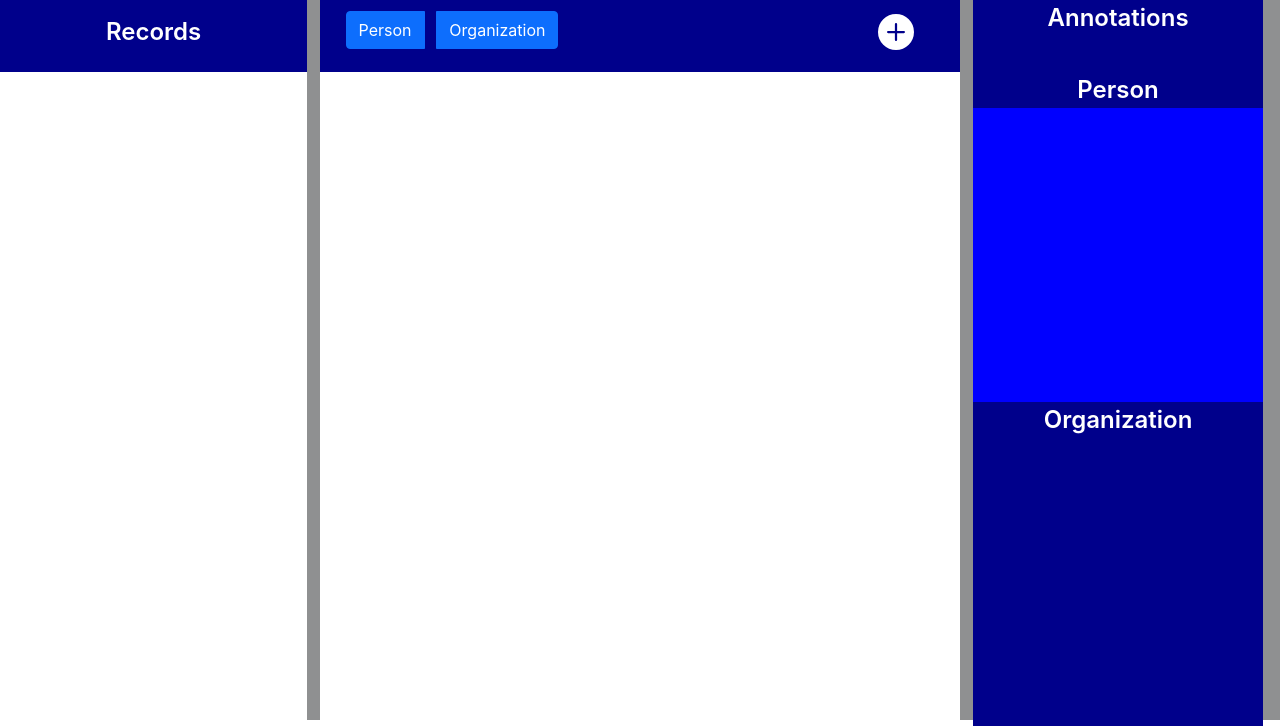
Repository: napan24/classforma_assignment
Page: / (app in client/)
The author's editor kept a copy of each file at every save. The page is drawn from the files as they stood at one save, then again after the next save.
The browser window is 1280 px wide. The pictures show the whole page.
The project was rebuilt for these pictures with package versions that can differ from the ones it lists, and the page was loaded fresh each time. Also part of the build but not shown: client/src/App.css.

Above is the page before, as saved 2022-07-20 15:44:09.

### client/public/index.html
<!DOCTYPE html>
<html lang="en">
  <head>
    <meta charset="utf-8" />
    <link rel="icon" href="%PUBLIC_URL%/favicon.ico" />
    <meta name="viewport" content="width=device-width, initial-scale=1" />
    <meta name="theme-color" content="#000000" />
    <meta
      name="description"
      content="Web site created using create-react-app"
    />
    <link href="https://cdn.jsdelivr.net/npm/bootstrap@5.1.3/dist/css/bootstrap.min.css" rel="stylesheet" integrity="sha384-1BmE4kWBq78iYhFldvKuhfTAU6auU8tT94WrHftjDbrCEXSU1oBoqyl2QvZ6jIW3" crossorigin="anonymous">
    <link rel="apple-touch-icon" href="%PUBLIC_URL%/logo192.png" />
    <!--
      manifest.json provides metadata used when your web app is installed on a
      user's mobile device or desktop. See https://developers.google.com/web/fundamentals/web-app-manifest/
    -->
    <link rel="manifest" href="%PUBLIC_URL%/manifest.json" />
    <!--
      Notice the use of %PUBLIC_URL% in the tags above.
      It will be replaced with the URL of the `public` folder during the build.
      Only files inside the `public` folder can be referenced from the HTML.

      Unlike "/favicon.ico" or "favicon.ico", "%PUBLIC_URL%/favicon.ico" will
      work correctly both with client-side routing and a non-root public URL.
      Learn how to configure a non-root public URL by running `npm run build`.
    -->
    <title>React App</title>
  </head>
  <body>
    <noscript>You need to enable JavaScript to run this app.</noscript>
    <div id="root"></div>
    <!--
      This HTML file is a template.
      If you open it directly in the browser, you will see an empty page.

      You can add webfonts, meta tags, or analytics to this file.
      The build step will place the bundled scripts into the <body> tag.

      To begin the development, run `npm start` or `yarn start`.
      To create a production bundle, use `npm run build` or `yarn build`.
    -->
    <script src="https://cdn.jsdelivr.net/npm/bootstrap@5.1.3/dist/js/bootstrap.bundle.min.js" integrity="sha384-ka7Sk0Gln4gmtz2MlQnikT1wXgYsOg+OMhuP+IlRH9sENBO0LRn5q+8nbTov4+1p" crossorigin="anonymous"></script>
  </body>
</html>

### client/src/App.js
import logo from './logo.svg';
import './App.css';
import Home from './Home';

function App() {
  return (
    <>
      <Home></Home>
    </>
  );
}

export default App;

### client/src/Home.js
'strict origin'
import React, { useState, useEffect } from 'react'
const Home = () => {
    const [textField, setTextField] = useState();
    const [person, setPerson] = useState();
    const [place, setPlace] = useState();
    const [personName, setPersonName] = useState(['']);
    const [placeName, setPlaceName] = useState(['']);
    useEffect(() => {
        if (textField) {
            trending();
        }
    }, [textField])
    const trending = async () => {
        const res = await fetch("/", {
            method: 'POST',
            headers: {
                "Content-Type": "application/json"
            },
            body: JSON.stringify({ textField })
        });
        const result = await res.json();
        setPerson(result.filter((arr) => arr.type == 'Person'));
        setPlace(result.filter((arr) => arr.type == 'Place'));
    };
    useEffect(() => {
        if (person) {
            person.forEach(function (arrayItem) {
                setPersonName(curr => [...curr, arrayItem.entityId]);
            });
        }
    }, [person])
    useEffect(() => {
        setPlaceName(['']);
        if (place) {
            place.forEach(function (arrayItem) {
                setPlaceName(curr => [...curr, arrayItem.entityId]);
            });
        }
    }, [place])
    const showFile = async (e) => {
        e.preventDefault()
        const reader = new FileReader()
        reader.onload = async (e) => {
            const text = (e.target.result)
            setTextField(text);
        };
        reader.readAsText(e.target.files[0])
    }
    return (
        <>
            <div style={{ display: 'flex', width: "100vw", height: "100vh", backgroundColor: "#8f9091" }}>
                <div style={{ width: "24vw", height: "100vh", backgroundColor: "white", marginRight: "1vw" }}>
                    <div style={{ width: "24vw", height: "10vh", backgroundColor: "#00008b", textAlign: 'center', fontSize: '150%', color: "white", fontWeight: "600", position: "fixed" }}>
                        <p style={{ marginTop: "2vh" }}>
                            Records
                        </p>
                    </div>
                    <div>

                    </div>
                </div>
                <div style={{ width: "50vw", height: "100vh", backgroundColor: "white", marginRight: "1vw", overflowY: "unset" }}>
                    <div style={{ width: "50vw", height: "10vh", backgroundColor: "#00008b", position: 'relative', overflowY: 'hidden' }}>
                        <div class="btn-group" style={{ marginTop: "1.5vh", marginLeft: "2vw" }}>
                            <button type="button" class="btn btn-primary" style={{ marginRight: "1vw" }}>Person</button>
                            <button type="button" class="btn btn-primary">Organization</button>
                        </div>
                        <label for="file">
                            <svg style={{ width: "20%", height: "50%", position: "absolute", right: "0", top: "2vh", color: "white" }} xmlns="http://www.w3.org/2000/svg" fill="currentColor" class="bi bi-plus-circle-fill" viewBox="0 0 16 16">
                                <path d="M16 8A8 8 0 1 1 0 8a8 8 0 0 1 16 0zM8.5 4.5a.5.5 0 0 0-1 0v3h-3a.5.5 0 0 0 0 1h3v3a.5.5 0 0 0 1 0v-3h3a.5.5 0 0 0 0-1h-3v-3z" />
                            </svg>
                        </label>
                        <input type="file" id="file" onChange={(e) => showFile(e)} style={{ display: "none" }} />
                    </div>
                    <div style={{ width: "48vw", height: "85vh", marginLeft: "2vw", marginTop: "5vh", overflowY: "scroll" }}>
                        {textField}
                    </div>
                </div>
                <div style={{ width: "22.7vw", height: "100vh", backgroundColor: "blue" }}>
                    <div style={{ width: "22.7vw", height: "10vh", backgroundColor: "#00008b", textAlign: 'center', fontSize: '150%', color: "white", fontWeight: "600" }}>
                        <p>
                            Annotations
                        </p>
                    </div>
                    <div style={{ width: "22.7vw", height: "5vh", backgroundColor: "#00008b", textAlign: 'center', fontSize: '150%', color: "white", fontWeight: "600" }}>
                        <p>
                            Person
                        </p>
                    </div>
                    <div style={{ display:'inline-block',maxWidth: "22.7vw", height: "40vh", backgroundColor: "#00008b", textAlign: 'center', fontSize: '150%', color: "white", fontWeight: "600", zIndex: "2", overflowY: "scroll", overflowX: "hidden" }}>
                        {personName && personName.map((user) => (
                            user.length > 0 && <div style={{ width: "22.7vw", backgroundColor: "black", color: "white", height: "3vh", fontSize: "2vh", position: 'relative', borderBottom: '1px solid white' }}>
                                {user}
                                <svg xmlns="http://www.w3.org/2000/svg" style={{ width: "3.5vw", height: "3.5vh", position: 'absolute', right: "0" }} fill="currentColor" class="bi bi-x" viewBox="0 0 16 16">
                                    <path d="M4.646 4.646a.5.5 0 0 1 .708 0L8 7.293l2.646-2.647a.5.5 0 0 1 .708.708L8.707 8l2.647 2.646a.5.5 0 0 1-.708.708L8 8.707l-2.646 2.647a.5.5 0 0 1-.708-.708L7.293 8 4.646 5.354a.5.5 0 0 1 0-.708z" />
                                </svg>
                            </div>
                        ))}
                    </div>
                    <div style={{ width: "22.7vw", height: "5vh", backgroundColor: "#00008b", textAlign: 'center', fontSize: '150%', color: "white", fontWeight: "600" }}>
                        <p>
                            Organization
                        </p>
                    </div>
                    <div style={{ width: "22.7vw", height: "40vh", backgroundColor: "#00008b", textAlign: 'center', fontSize: '150%', color: "white", fontWeight: "600", overflowY: "scroll" }}>
                        {placeName && placeName.map((user) => (
                            user.length > 0 && <div style={{ width: "22.7vw", backgroundColor: "black", color: "white", height: "3vh", fontSize: "2vh", borderBottom: '1px solid white', overflowX: "hidden" }}>
                                {user}
                                <svg xmlns="http://www.w3.org/2000/svg" style={{ width: "3.5vw", height: "3.5vh", position: 'absolute', right: "0" }} fill="currentColor" class="bi bi-x" viewBox="0 0 16 16">
                                    <path d="M4.646 4.646a.5.5 0 0 1 .708 0L8 7.293l2.646-2.647a.5.5 0 0 1 .708.708L8.707 8l2.647 2.646a.5.5 0 0 1-.708.708L8 8.707l-2.646 2.647a.5.5 0 0 1-.708-.708L7.293 8 4.646 5.354a.5.5 0 0 1 0-.708z" />
                                </svg>
                            </div>
                        ))}
                    </div>
                </div>
            </div>
        </>
    )
}

export default Home

Loaded but not shown: client/src/index.js (common file); client/src/index.css (common file); client/src/reportWebVitals.js (common file)

After the next save:
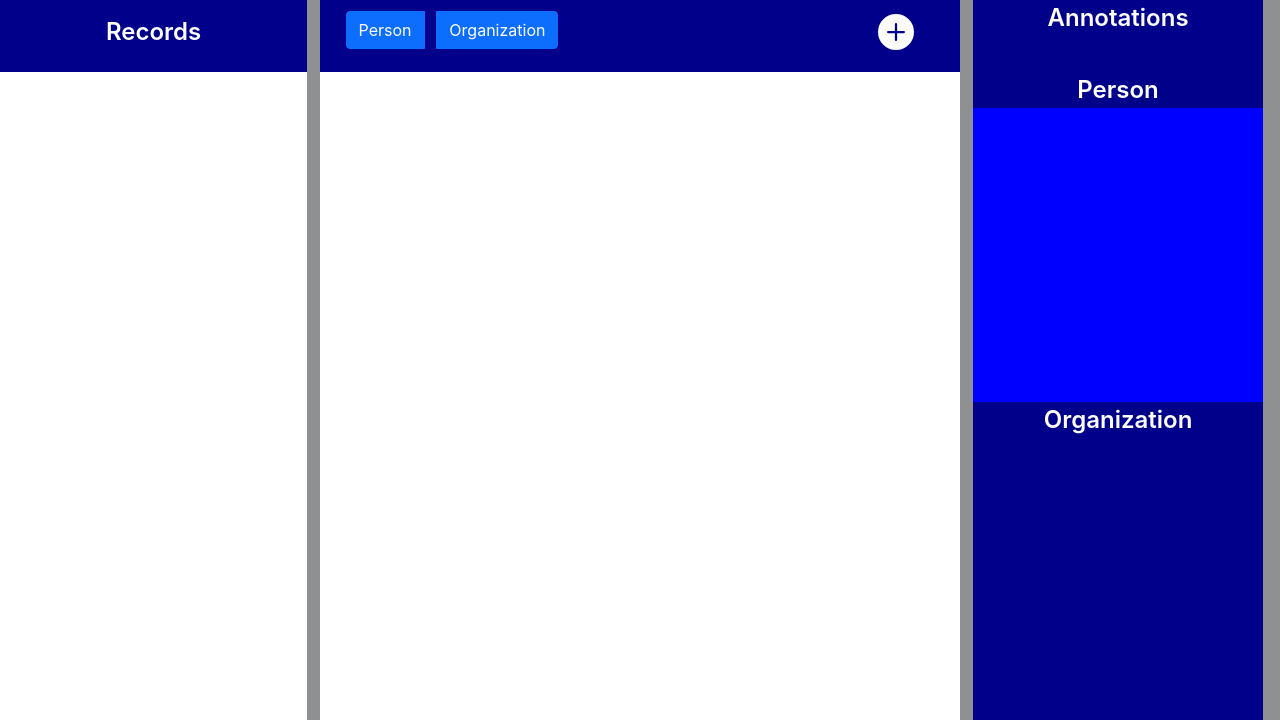
Saved 35 s later.
--- a/client/src/Home.js
+++ b/client/src/Home.js
@@ -49,7 +49,7 @@ const Home = () => {
     }
     return (
         <>
-            <div style={{ display: 'flex', width: "100vw", height: "100vh", backgroundColor: "#8f9091" }}>
+            <div style={{ display: 'flex', width: "100vw", height: "100vh", backgroundColor: "#8f9091",overflow:"hidden" }}>
                 <div style={{ width: "24vw", height: "100vh", backgroundColor: "white", marginRight: "1vw" }}>
                     <div style={{ width: "24vw", height: "10vh", backgroundColor: "#00008b", textAlign: 'center', fontSize: '150%', color: "white", fontWeight: "600", position: "fixed" }}>
                         <p style={{ marginTop: "2vh" }}>
